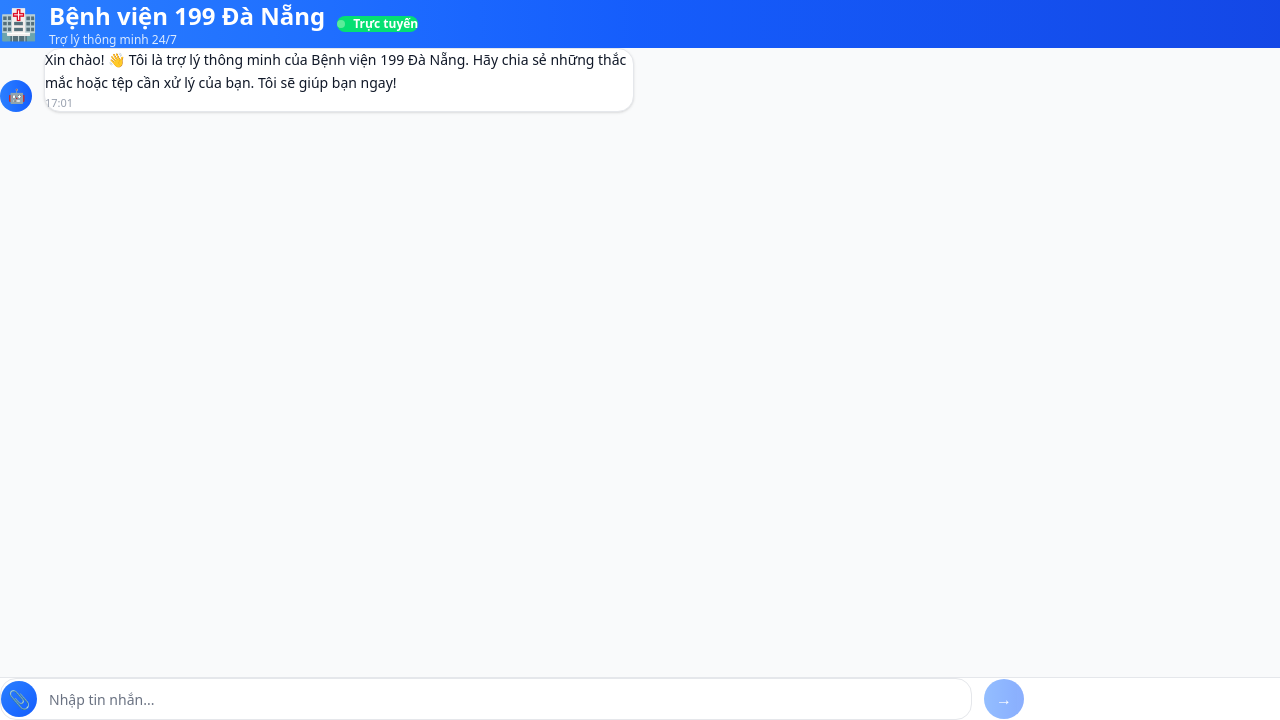
Repository: France2003/B-nh_Vi-n_199
Page: /
An editor plug-in stored every save of this project. The page is shown before and after the next save, followed by the edit.
The browser window is 1280 px wide. The pictures show the whole page.
The project was rebuilt for these pictures with package versions that can differ from the ones it lists, and the page was loaded fresh each time. Also part of the build but not shown: vite.config.ts, src/App.css, src/components/FilePreview.tsx.

Above is the page before, as saved 2026-01-10 11:40:42.

After the next save:
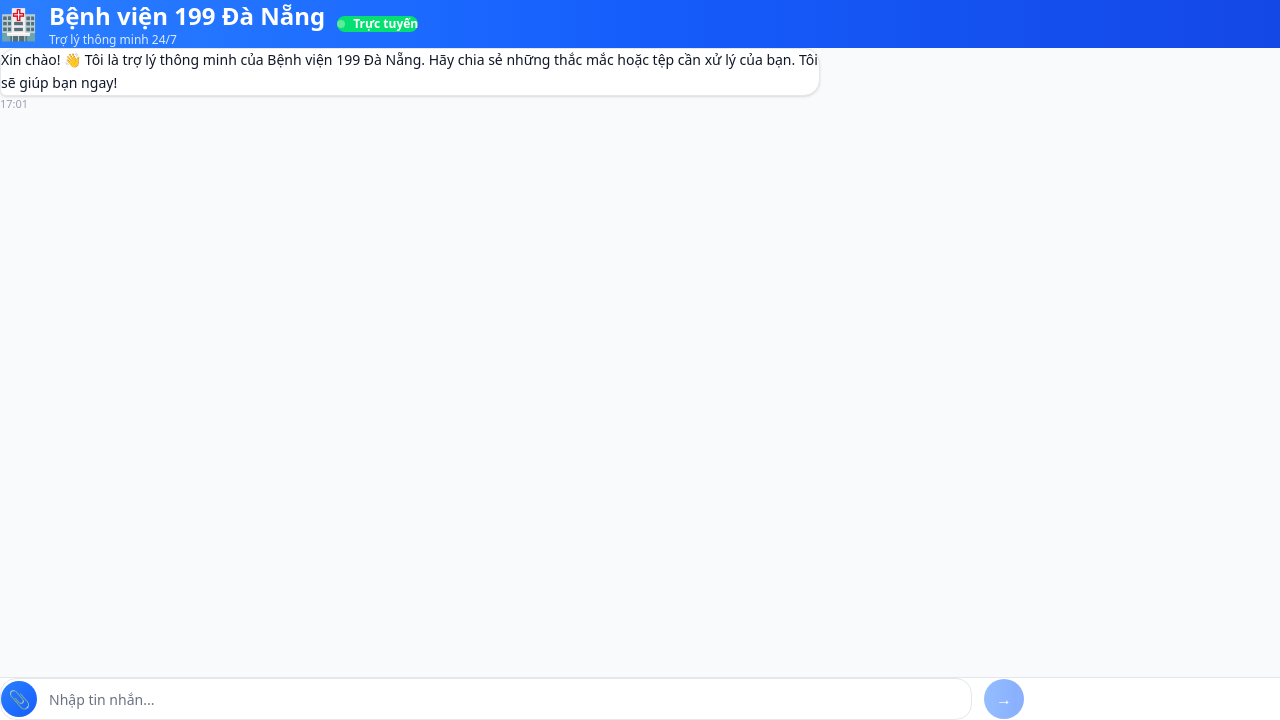
Saved 91 s later.
--- a/src/components/ChatMessage.tsx
+++ b/src/components/ChatMessage.tsx
@@ -7,49 +7,41 @@
 
 export const ChatMessage: React.FC<ChatMessageProps> = ({ message }) => {
   const isUser = message.type === 'user';
+
   return (
-    <div className={`flex ${isUser ? 'justify-end' : 'justify-start'} px-2`}>
-      <div className={`flex items-end gap-3 max-w-full ${isUser ? 'ml-auto' : ''}`}>
-        {!isUser && (
-          <div className="flex-shrink-0 w-8 h-8 rounded-full bg-gradient-to-r from-blue-500 to-blue-600 flex items-center justify-center text-white text-sm">🤖</div>
-        )}
-
-        <div className={`max-w-[85%] sm:max-w-[70%] lg:max-w-[60%] rounded-2xl p-3 break-words shadow-sm ${
-          isUser
-            ? 'bg-gradient-to-br from-blue-500 to-blue-600 text-white rounded-br-2xl rounded-bl-2xl rounded-tl-2xl'
-            : 'bg-white text-gray-900 rounded-bl-2xl rounded-br-2xl border border-gray-200'
-        }`}>
-          <div className="flex flex-col gap-2">
-            <div className="text-sm leading-relaxed whitespace-pre-wrap">{message.content}</div>
-            {message.files && message.files.length > 0 && (
-              <div className="mt-2 grid grid-cols-1 sm:grid-cols-2 gap-2">
-                {message.files.map((file) => (
-                  <div key={file.id} className="flex items-start gap-2">
-                    {file.type === 'image' && file.preview ? (
-                      <img src={file.preview} alt={file.name} className="w-20 h-20 object-cover rounded-md" />
-                    ) : (
-                      <div className="w-20 h-20 flex items-center justify-center rounded-md bg-gray-100">
-                        <span className="text-2xl">📄</span>
-                      </div>
-                    )}
-                    <div className="flex-1 min-w-0">
-                      <p className="text-xs font-medium truncate">{file.name}</p>
-                      {file.description && <p className="text-xs text-gray-500 mt-1 truncate">{file.description}</p>}
-                    </div>
-                  </div>
-                ))}
-              </div>
-            )}
+    <div className="w-full flex">
+      {/* Wrapper quyết định trái / phải */}
+      <div
+        className={`flex w-full ${
+          isUser ? 'justify-end' : 'justify-start'
+        }`}
+      >
+        {/* Cột chứa bubble + time */}
+        <div className="flex flex-col max-w-[820px] w-full">
+          {/* Bubble */}
+          <div
+            className={`px-4 py-3 rounded-2xl text-sm leading-relaxed shadow-sm
+              ${
+                isUser
+                  ? 'bg-gradient-to-br from-blue-500 to-blue-600 text-white rounded-br-md'
+                  : 'bg-white text-gray-900 border border-gray-200 rounded-bl-md'
+              }`}
+          >
+            {message.content}
           </div>
 
-          <div className={`text-[11px] mt-2 ${isUser ? 'text-white/80 text-right' : 'text-gray-400 text-left'}`}>
-            {message.timestamp.toLocaleTimeString('vi-VN', { hour: '2-digit', minute: '2-digit' })}
+          {/* Time */}
+          <div
+            className={`mt-1 text-[11px] text-gray-400 ${
+              isUser ? 'text-right' : 'text-left'
+            }`}
+          >
+            {message.timestamp.toLocaleTimeString('vi-VN', {
+              hour: '2-digit',
+              minute: '2-digit',
+            })}
           </div>
         </div>
-
-        {isUser && (
-          <div className="flex-shrink-0 w-8 h-8 rounded-full bg-white flex items-center justify-center text-blue-600 text-sm shadow-sm">Bạn</div>
-        )}
       </div>
     </div>
   );
